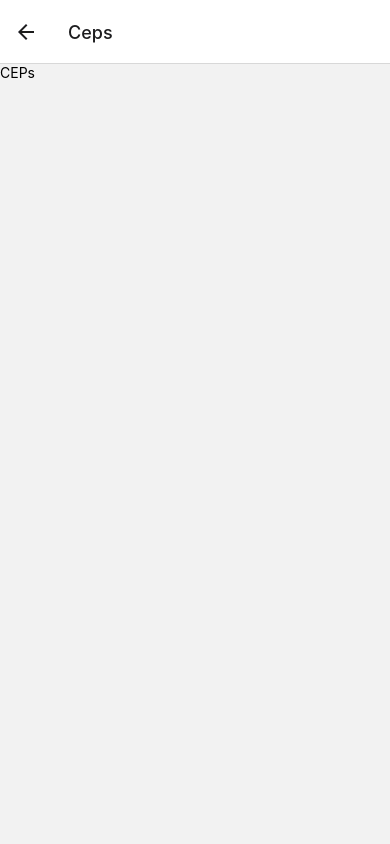
Repository: GustavoMSevero/registerCep
Screen: /Ceps
These files come from the project's save history. The screen is drawn as it stood at one moment and after the next save; the edit follows.
The app was drawn by React Native's web renderer in a window 390 px wide. The project was rebuilt for these pictures with package versions that can differ from the ones it lists, and the page was loaded fresh each time.

Above is the screen before, as saved 2024-09-23 15:16:53.

After the next save:
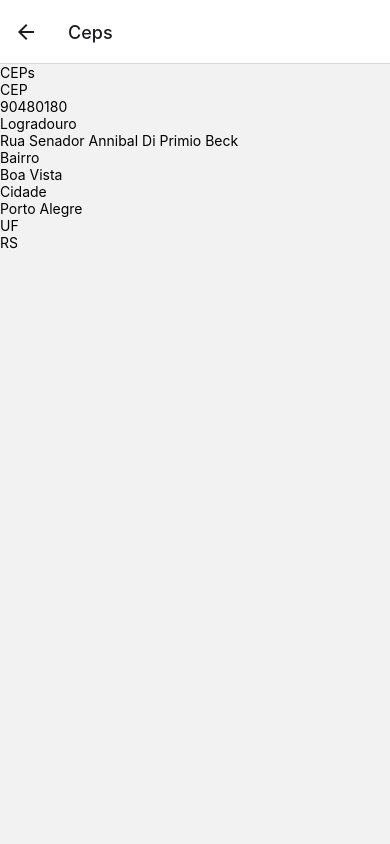
Saved 5 min 46 s later.
--- a/src/pages/Ceps/index.js
+++ b/src/pages/Ceps/index.js
@@ -4,7 +4,21 @@ import { View, Text, StyleSheet } from "react-native";
 export default function Ceps() {
     return(
         <View>
-            <Text>CEPs</Text>
+            <View>
+                <Text>CEPs</Text>
+            </View>
+            <View>
+                <Text>CEP</Text>
+                <Text>90480180</Text>
+                <Text>Logradouro</Text>
+                <Text>Rua Senador Annibal Di Primio Beck</Text>
+                <Text>Bairro</Text>
+                <Text>Boa Vista</Text>
+                <Text>Cidade</Text>
+                <Text>Porto Alegre</Text>
+                <Text>UF</Text>
+                <Text>RS</Text>
+            </View>
         </View>
     )
 }
